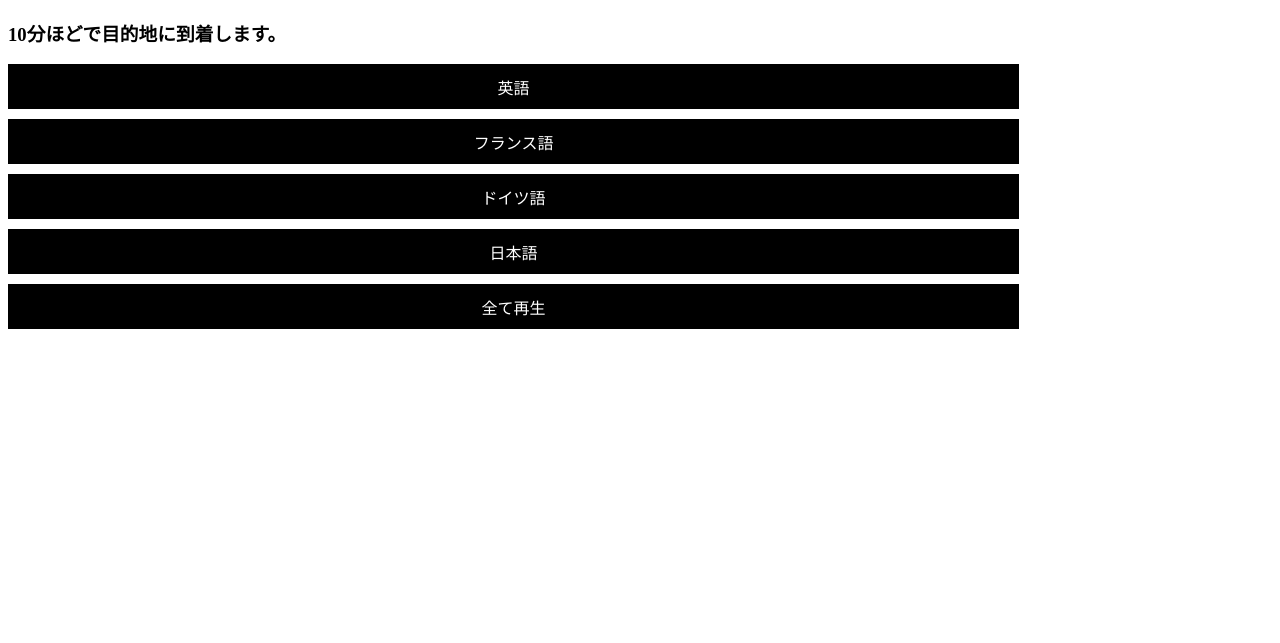
Repository: MBR3/MBR3.github.io
Page: index.html
An editor plug-in stored every save of this project. The page is shown before and after the next save, followed by the edit.
The browser window is 1280 px wide. The pictures show the whole page.

Above is the page before, as saved 2022-10-22 13:01:25.

### index.html
<!DOCTYPE html>
<html>
    <head>
        <title>バス運行（業務用）</title>
        <link rel="stylesheet" href="index.css">
        <script src="index.js"></script>
    </head>

    <body>
        <h3>10分ほどで目的地に到着します。</h3>

        <div class="btn" onclick="eng_10_audio()">英語</div>
        <audio id="eng_btn_10_audio">
            <source src="./audio/english-10.mp3" type="audio/mp3">
        </audio>

        <div class="btn" onclick="fra_10_audio()">フランス語</div>
        <audio id="fra_btn_10_audio">
            <source src="./audio/france-10.mp3" type="audio/mp3">
        </audio>

        <div class="btn" onclick="ger_10_audio()">ドイツ語</div>
        <audio id="ger_btn_10_audio">
            <source src="./audio/german-10.mp3" type="audio/mp3">
        </audio>

        <div class="btn" onclick="jpn_10_audio()">日本語</div>
        <audio id="jpn_btn_10_audio">
            <source src="./audio/japanese-10.mp3" type="audio/mp3">
        </audio>

        <div class="btn" onclick="all_10_audio()">全て再生</div>
        <audio id="all_btn_10_audio">
            <source src="./audio/all-10.mp3" type="audio/mp3">
        </audio>
    </body>
</html>

### index.css
.btn {
    box-sizing: border-box;
    background-color: #000;
    color: #fff;
    cursor: pointer;
    display: flex;
    align-items: center;
    justify-content: center;
    height: 45px;
    width: 80%;
    margin-top: 10px
}

### index.js

function audio(language) {
    document.getElementById(language + '_btn_10_audio').currentTime = 0; //連続クリックに対応
    document.getElementById(language + '_btn_10_audio').play(); //クリックしたら音を再生
}

function eng_10_audio() {
    audio("eng")
}

function fra_10_audio() {
    audio("fra")
}

function ger_10_audio() {
    audio("ger")
}

function jpn_10_audio() {
    audio("jpn")
}

function all_10_audio() {
    audio("all")
}

After the next save:
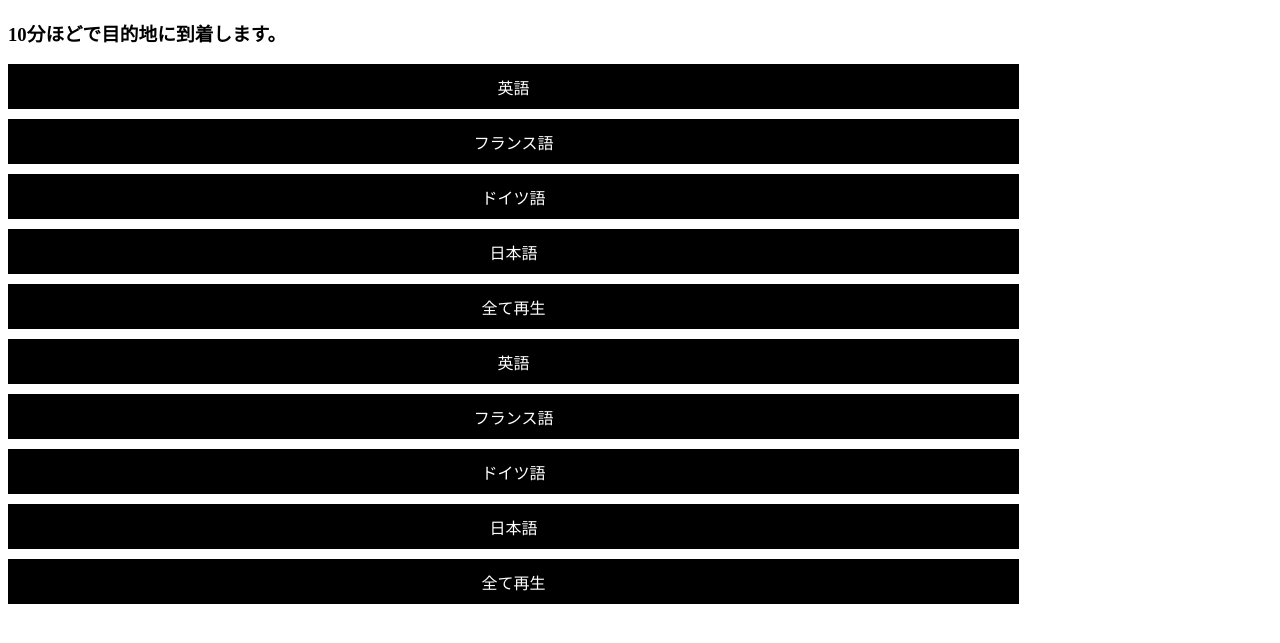
Saved 11 min 28 s later.
--- a/index.html
+++ b/index.html
@@ -33,5 +33,30 @@
         <audio id="all_btn_10_audio">
             <source src="./audio/all-10.mp3" type="audio/mp3">
         </audio>
+
+        <div class="btn" onclick="eng_dep_audio()">英語</div>
+        <audio id="eng_btn_dep_audio">
+            <source src="./audio/english-dep.mp3" type="audio/mp3">
+        </audio>
+
+        <div class="btn" onclick="fra_dep_audio()">フランス語</div>
+        <audio id="fra_btn_dep_audio">
+            <source src="./audio/france-dep.mp3" type="audio/mp3">
+        </audio>
+
+        <div class="btn" onclick="ger_dep_audio()">ドイツ語</div>
+        <audio id="ger_btn_dep_audio">
+            <source src="./audio/german-dep.mp3" type="audio/mp3">
+        </audio>
+
+        <div class="btn" onclick="jpn_dep_audio()">日本語</div>
+        <audio id="jpn_btn_dep_audio">
+            <source src="./audio/japanese-dep.mp3" type="audio/mp3">
+        </audio>
+
+        <div class="btn" onclick="all_dep_audio()">全て再生</div>
+        <audio id="all_btn_dep_audio">
+            <source src="./audio/all-dep.mp3" type="audio/mp3">
+        </audio>
     </body>
 </html>
